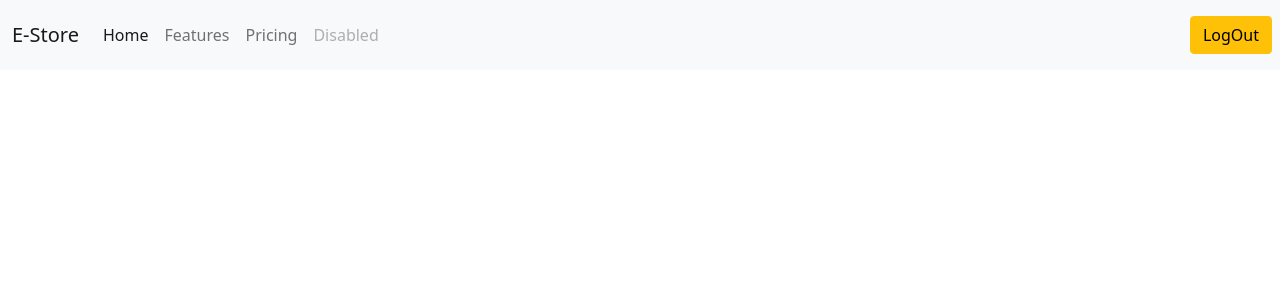
Repository: mariamkhaledsapra/E-Commerce-main
Page: /
An editor plug-in stored every save of this project. The page is shown before and after the next save, followed by the edit.
The browser window is 1280 px wide. The pictures show the whole page.
The project was rebuilt for these pictures with package versions that can differ from the ones it lists, and the page was loaded fresh each time. Also part of the build but not shown: src/index.css, src/App.css, src/components/Login.jsx.

Above is the page before, as saved 2024-02-13 22:26:45.

After the next save:
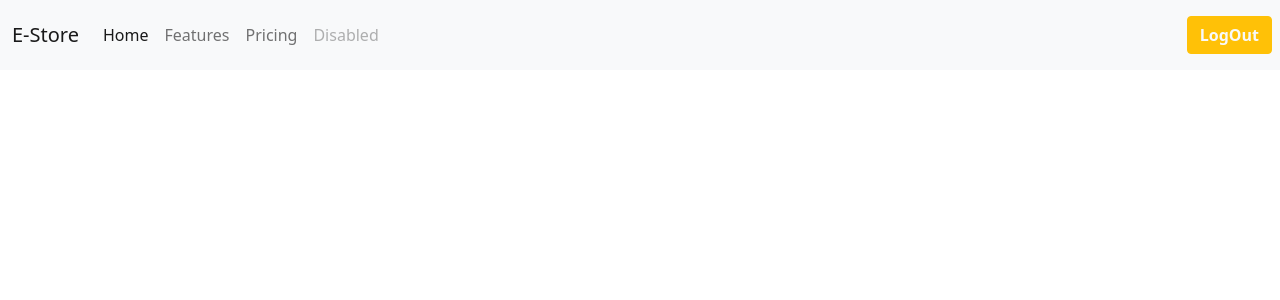
Saved 11 s later.
--- a/src/components/Navbar.jsx
+++ b/src/components/Navbar.jsx
@@ -18,7 +18,7 @@ const Navbar = () => {
       </div>
 
       </div>
-      <button className="btn btn-warning m-2">LogOut</button>
+      <button className="btn btn-warning m-2 text-light fw-bold">LogOut</button>
   </nav>
   )
 }
